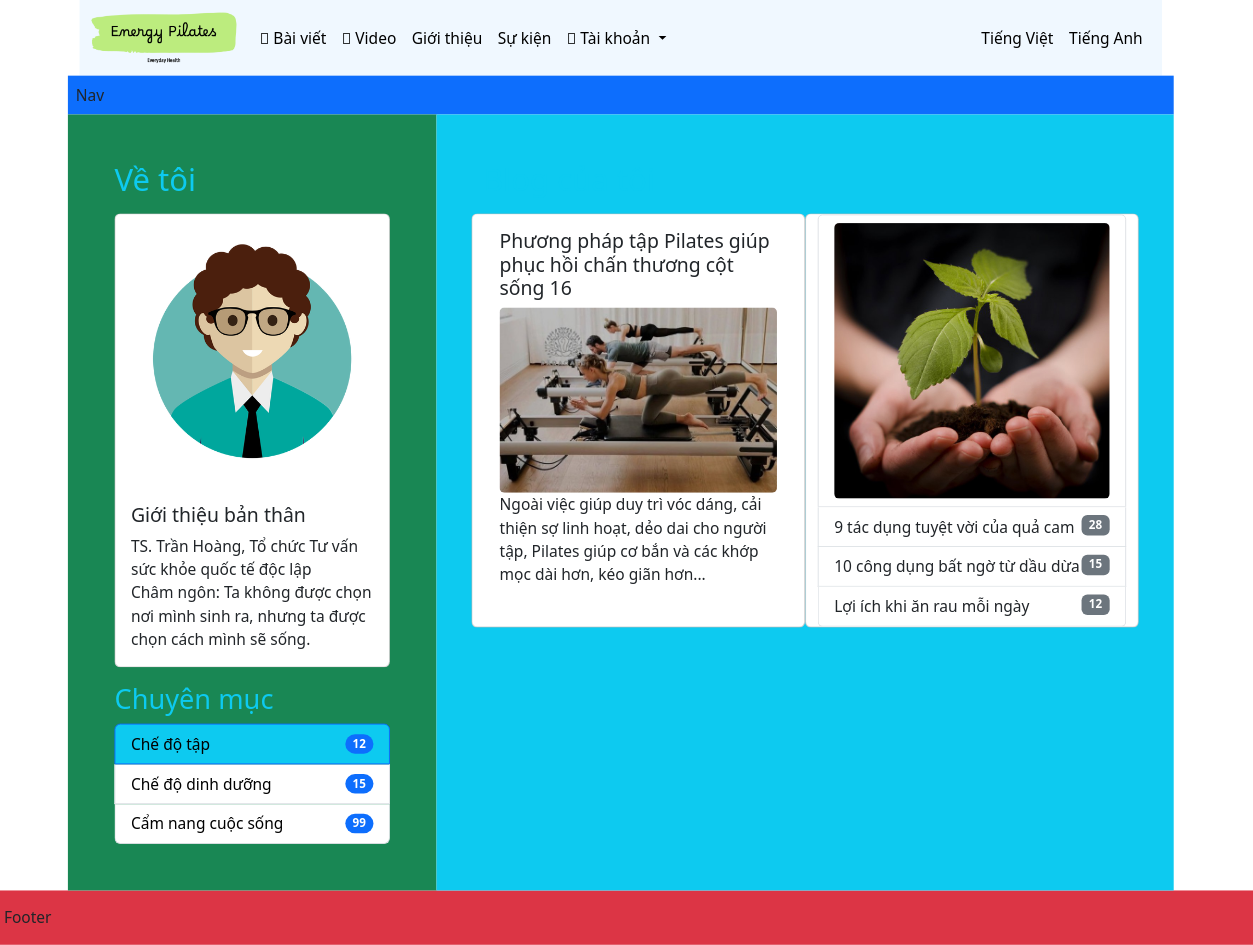
Repository: KizukoHeiwa/SOF308
Page: Lab1/index.html
An editor plug-in stored every save of this project. The page is shown before and after the next save, followed by the edit.
The browser window is 1280 px wide. The page is 1292 px wide, so the pictures cover 1292 px, including what lies to the right of the window. The pictures show the whole page, at 97% of full size.

Above is the page before, as saved 2024-10-31 10:34:02.

### Lab1/index.html
<!DOCTYPE html>
<html lang="en">
<head>
    <meta charset="UTF-8">
    <meta name="viewport" content="width=device-width, initial-scale=1.0">
    <title>FPT Polytechnic</title>
    <link href="https://cdn.jsdelivr.net/npm/bootstrap@5.3.3/dist/css/bootstrap.min.css" rel="stylesheet" integrity="sha384-QWTKZyjpPEjISv5WaRU9OFeRpok6YctnYmDr5pNlyT2bRjXh0JMhjY6hW+ALEwIH" crossorigin="anonymous">
    <script src="https://cdn.jsdelivr.net/npm/bootstrap@5.3.3/dist/js/bootstrap.bundle.min.js" integrity="sha384-YvpcrYf0tY3lHB60NNkmXc5s9fDVZLESaAA55NDzOxhy9GkcIdslK1eN7N6jIeHz" crossorigin="anonymous"></script>
    <link rel="stylesheet" href="https://cdnjs.cloudflare.com/ajax/libs/font-awesome/4.7.0/css/font-awesome.min.css">
    <style>
        header{
            background-color: aliceblue;
            /* box-shadow: 1px 1px 2px 1px lightgray; */
        }
        .nav-link{
            color: black;
        }
        .nav-link:hover{
            color: green;
        }
        .navbar-nav .nav-link.active, .navbar-nav .nav-link.show {
            color: green;
        }
    </style>

</head>
<body>
    <div class="container">
        <header>
            <nav class="navbar navbar-expand-sm">
                <div class="container">
                    <a class="navbar-brand" href="#">
                        <img src="img/logo-energy-pilates.png" alt="" style="width: 150px;">
                    </a>
                    <div class="collapse navbar-collapse" id="collapsibleNavbar">
                        <ul class="navbar-nav me-auto">
                            <li class="nav-item">
                                <a class="nav-link" href="#"><i class="fa-solid fa-list"></i> Bài viết</a>
                            </li>
                            <li class="nav-item">
                                <a class="nav-link" href="#"><i class="fa-solid fa-film"></i> Video</a>
                            </li>
                            <li class="nav-item">
                                <a class="nav-link" href="#"><i class="fa-solid fa-circle-info"></i> Giới thiệu</a>
                            </li>
                            <li class="nav-item">
                                <a class="nav-link" href="#"><i class="fa-solid fa-calendar-days"></i> Sự kiện</a>
                            </li>
                            <li class="nav-item dropdown">
                                <a class="nav-link dropdown-toggle" href="#" role="button" data-bs-toggle="dropdown">
                                    <i class="fa-solid fa-user"></i> Tài khoản
                                </a>
                                <ul class="dropdown-menu">
                                    <li><a class="dropdown-item" href="#">Đăng nhập</a></li>
                                    <li><a class="dropdown-item" href="#">Quên mật khẩu</a></li>
                                    <li><a class="dropdown-item" href="#">Đăng ký thành viên</a></li>
                                </ul>
                            </li>
                        </ul>
                        <ul class="navbar-nav d-flex">
                            <li class="nav-item">
                                <a class="nav-link">Tiếng Việt</a>
                            </li>
                            <li class="nav-item">
                                <a class="nav-link">Tiếng Anh</a>
                            </li>
                        </ul>
                    </div>
                </div>
            </nav>
        </header>
        <nav class="row bg-primary p-2">Nav</nav>
        <section class="row">
            <aside class="col-sm-4 bg-success p-5">
                <div class="col-sm">
                    <h2 class="text-info mb-3">Về tôi</h2>
                    <div class="card mb-3">
                        <img src="img/avatar.png" class="card-img-top" alt="">
                        <div class="card-body">
                            <h5 class="card-title">Giới thiệu bản thân</h5>
                            <p class="card-text">TS. Trần Hoàng, Tổ chức Tư vấn sức khỏe quốc tế độc lập <br>
                                Châm ngôn: Ta không được chọn nơi mình sinh ra, nhưng ta được chọn cách mình sẽ sống.
                            </p>
                        </div>
                    </div>

                    <h3 class="text-info mt-2">Chuyên mục</h3>
                    <ul class="list-group">
                        <li class="list-group-item active bg-info d-flex justify-content-between align-items-center">
                            <a class="nav-link" href="#">Chế độ tập</a>
                            <span class="badge bg-primary rounded-pill">12</span>
                        </li>
                        <li class="list-group-item d-flex justify-content-between align-items-center">
                            <a class="nav-link" href="#">Chế độ dinh dưỡng</a>
                            <span class="badge bg-primary rounded-pill">15</span>
                        </li>
                        <li class="list-group-item d-flex justify-content-between align-items-center">
                            <a class="nav-link" href="#">Cẩm nang cuộc sống</a>
                            <span class="badge bg-primary rounded-pill">99</span>
                        </li>
                    </ul>
                    <!-- end Chuyên mục -->
                </div>
            </aside>
            <article class="col-sm-8 bg-info p-5">
                <div class="row">
                        <h2 class="text-info mb-3">Blog của tôi</h2>
                        <div class="card col-sm-6">
                            <div class="card-body">
                                <h5 class="card-title">Phương pháp tập Pilates giúp phục hồi chấn thương cột sống <i class="fa-solid fa-message"></i> 16</h5>
                                <img src="img/tap-piltes.jpg" alt="" class="card-img">
                                <p class="card-text">Ngoài việc giúp duy trì vóc dáng, cải thiện sợ linh hoạt, dẻo dai cho người tập, Pilates giúp cơ bắn và các khớp mọc dài hơn, kéo giãn hơn...</p>
                            </div>
                        </div>
                        <div class="card col-sm-6">
                            <ul class="list-group">
                                <li class="list-group-item d-flex justify-content-between align-items-start">
                                    <img src="img/corevalue.jpg" alt="" class="card-img">
                                </li>
                                <li class="list-group-item d-flex justify-content-between align-items-start">
                                    9 tác dụng tuyệt vời của quả cam
                                    <span class="badge bg-secondary">28</span>
                                </li>
                                <li class="list-group-item d-flex justify-content-between align-items-start">
                                    10 công dụng bất ngờ từ dầu dừa
                                    <span class="badge bg-secondary">15</span>
                                </li>
                                <li class="list-group-item d-flex justify-content-between align-items-start">
                                    Lợi ích khi ăn rau mỗi ngày
                                    <span class="badge bg-secondary">12</span>
                                </li>
                            </ul>
                        </div>
                    </div>
                </div>
            </article>
        </section>
        <footer class="row bg-danger p-3">Footer</footer>
    </div>
</body>
</html>

After the next save:
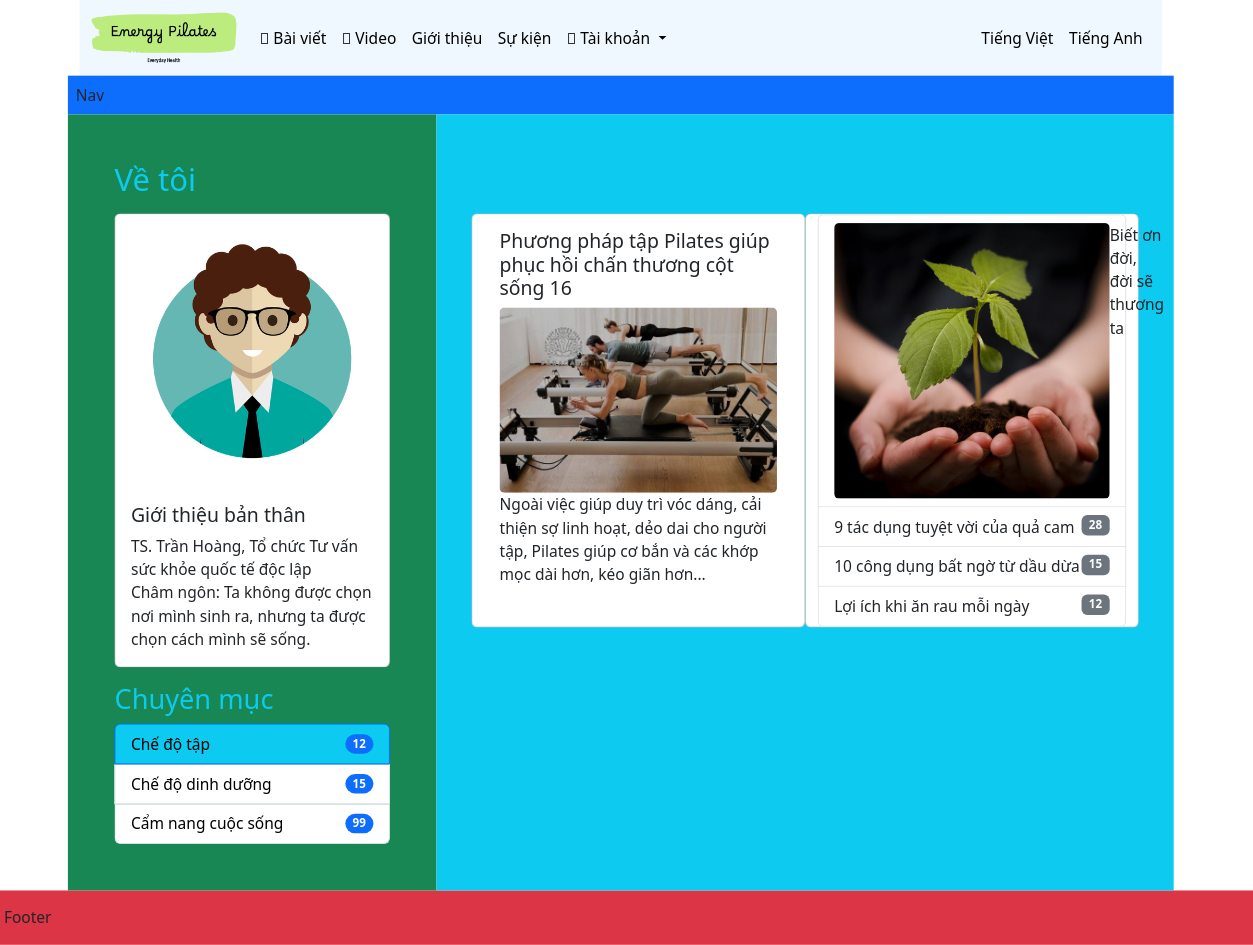
Saved 12 s later.
--- a/Lab1/index.html
+++ b/Lab1/index.html
@@ -116,6 +116,8 @@
                             <ul class="list-group">
                                 <li class="list-group-item d-flex justify-content-between align-items-start">
                                     <img src="img/corevalue.jpg" alt="" class="card-img">
+                                    Biết ơn đời, đời sẽ thương ta
+                                    <h5></h5>
                                 </li>
                                 <li class="list-group-item d-flex justify-content-between align-items-start">
                                     9 tác dụng tuyệt vời của quả cam
